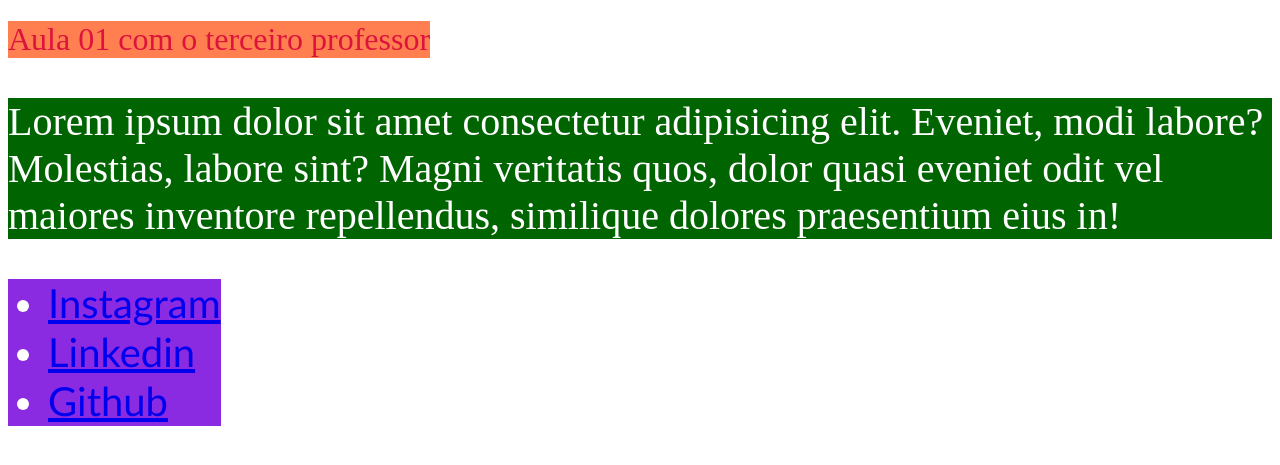
Repository: geracao-11/aula-01-pt2
Page: index.html
The author's editor kept a copy of each file at every save. The page is drawn from the files as they stood at one save, then again after the next save.
The browser window is 1280 px wide. The pictures show the whole page.

Above is the page before, as saved 2025-04-09 10:37:19.

### index.html
<!DOCTYPE html>
<html lang="en">
  <head>
    <meta charset="UTF-8" />
    <meta name="viewport" content="width=device-width, initial-scale=1.0" />
    <title>AULA 01</title>
    <link rel="stylesheet" href="style.css">
</head>
  <body>
    <header></header>
    <main>
      <h1>Aula 01 com o terceiro professor</h1>
      <div>
        <p>Lorem ipsum dolor sit amet consectetur adipisicing elit. Eveniet, modi labore? Molestias, labore sint? Magni veritatis quos, dolor quasi eveniet odit vel maiores inventore repellendus, similique dolores praesentium eius in!</p>
      </div>
      <div>
        <ul>
            <li>
                <a href="https://www.instagram.com/">Instagram</a>
            </li>
            <li>
                <a href="https://www.linkedin.com/feed/?trk=guest_homepage-basic_google-one-tap-submit">Linkedin</a>
            </li>
            <li>
                <a href="https://github.com/">Github</a>
            </li>
        </ul>
      </div>
    </main>
    <footer></footer>
  </body>
</html>

### style.css
main {
    font-size: 40px;
}

h1 {
    font-size: 32px;
    font-weight: lighter;
    color: crimson;
    background-color: coral;
    max-width: fit-content;
}

div {
    max-width: fit-content;
    background-color: darkgreen;
    color: white;
}

ul {
    background-color: blueviolet;
}
a {
    font-family: 'Trebuchet MS', 'Lucida Sans Unicode', 'Lucida Grande', 'Lucida Sans', Arial, sans-serif;
}

After the next save:
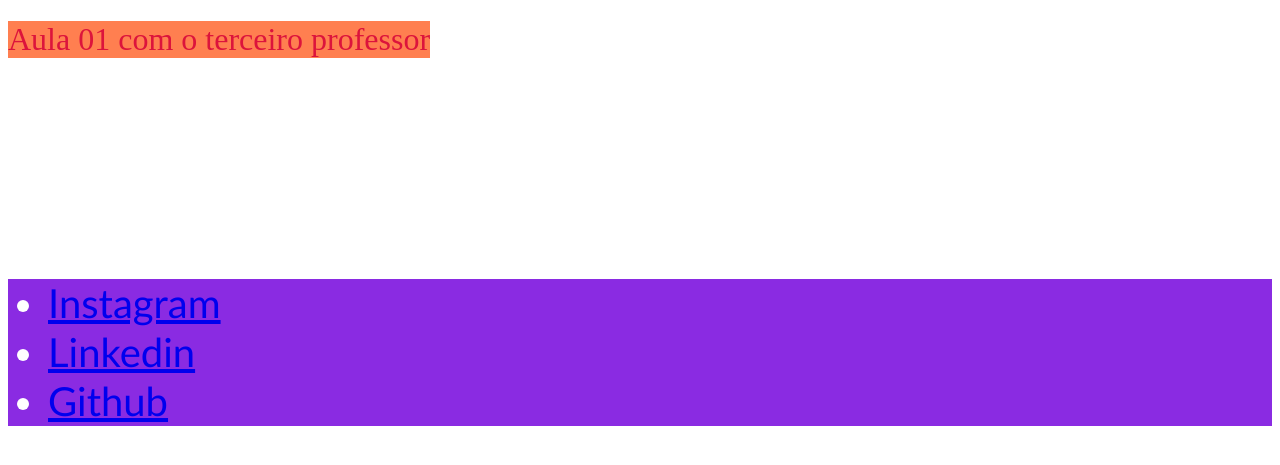
Saved 4 min 39 s later.
--- a/style.css
+++ b/style.css
@@ -11,7 +11,7 @@
 }
 
 div {
-    max-width: fit-content;
+    max-width: fit-content
     background-color: darkgreen;
     color: white;
 }

After the save that followed:
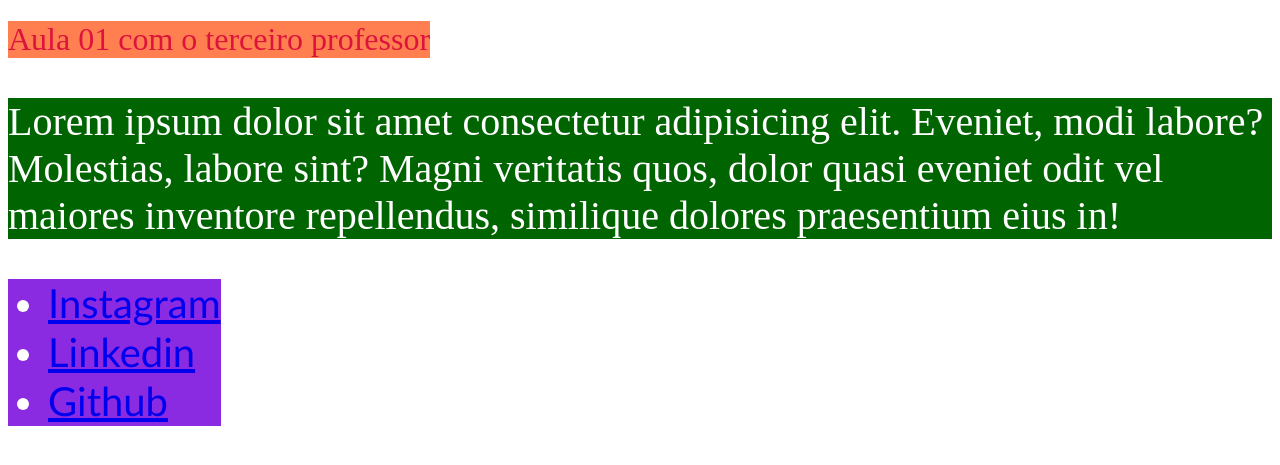
Saved 7 s later.
--- a/style.css
+++ b/style.css
@@ -11,7 +11,7 @@
 }
 
 div {
-    max-width: fit-content
+    max-width: fit-content;
     background-color: darkgreen;
     color: white;
 }
